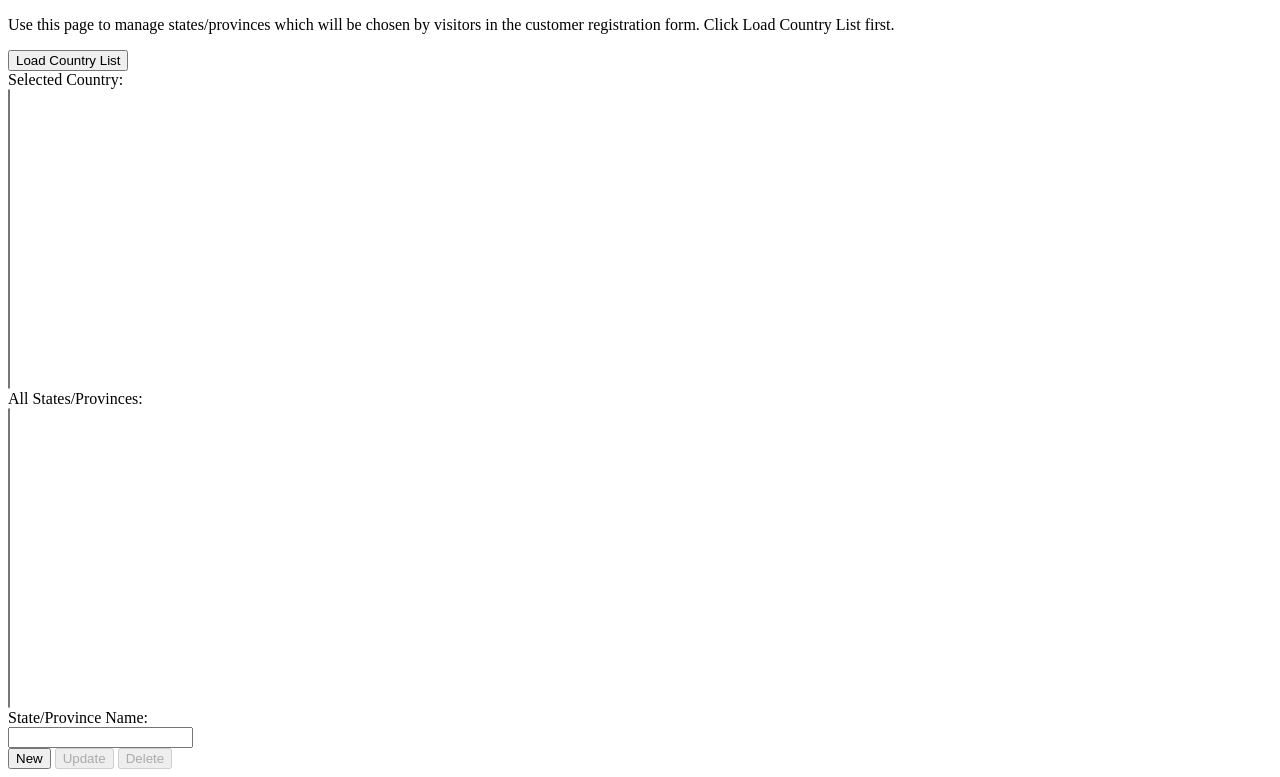
Repository: Tungk02/Shopme
Page: http://localhost/settings/states
These files come from the project's save history. The page is drawn as it stood at one moment and after the next save; the edit follows.
The browser window is 1280 px wide. The pictures show the whole page.
The page is this project's Thymeleaf template; nobody is signed in. The template is opened directly, without the code that normally fills it, so the values that code supplies are empty.

Above is the page before, as saved 2023-11-26 15:59:47.

After the next save:
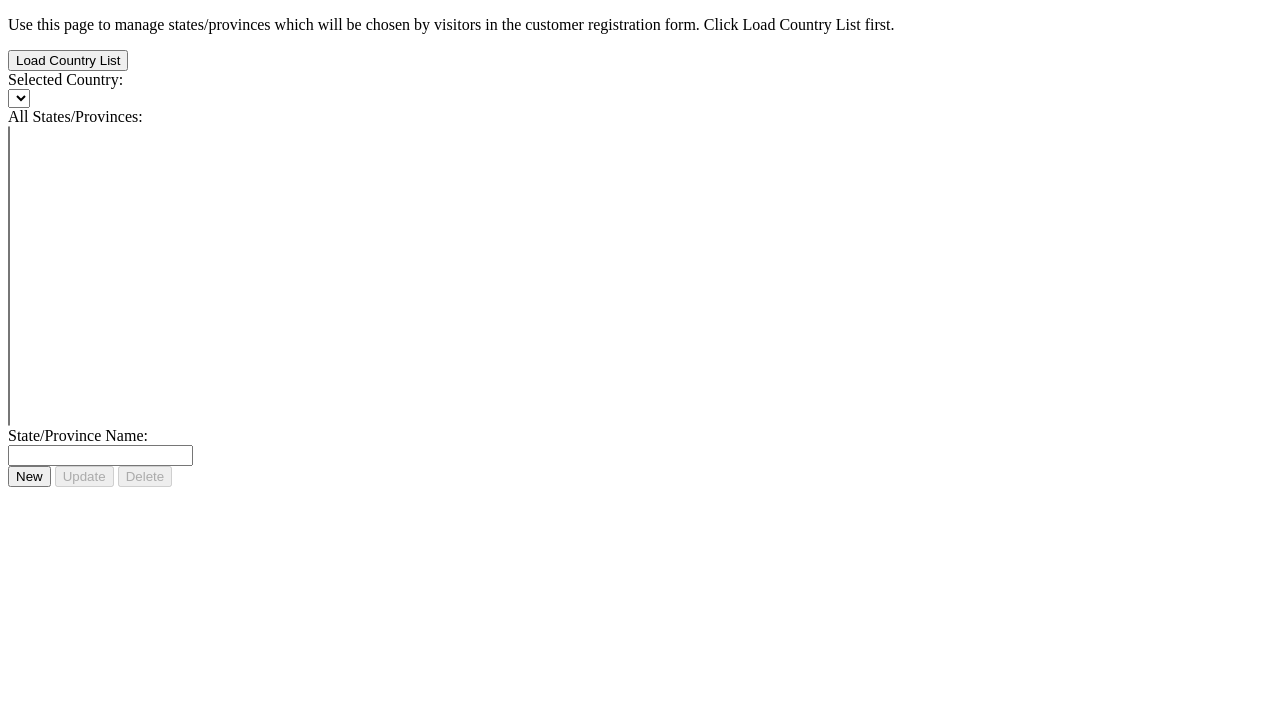
Saved 6 min 10 s later.
--- a/ShopmeEcommerce/ShopmeProject/ShopmeWebParent/ShopmeBackEnd/src/main/resources/templates/settings/states.html
+++ b/ShopmeEcommerce/ShopmeProject/ShopmeWebParent/ShopmeBackEnd/src/main/resources/templates/settings/states.html
@@ -16,7 +16,7 @@
 		<div class="form-group row">
 			<label class="col-sm-2 col-form-label">Selected Country:</label>
 			<div class="col-sm-10">
-				<select class="form-control m-2" style="height: 300px" size="3" id="dropDownCountriesForStates">
+				<select class="form-control m-2" id="dropDownCountriesForStates">
 
 				</select>
 			</div>
